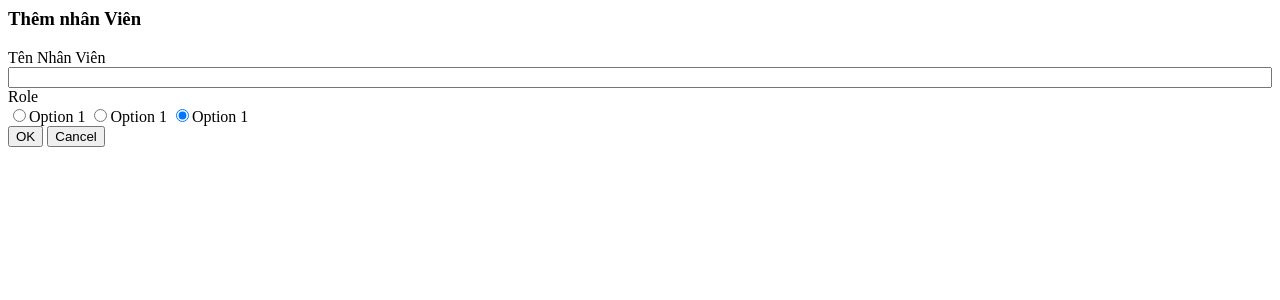
Repository: chickenoken/LuanAn
Page: http://localhost/net/quanLyNhanVienControl
The author's editor kept a copy of each file at every save. The page is drawn from the files as they stood at one save, then again after the next save.
The browser window is 1280 px wide. The pictures show the whole page.
The page is served by Tomcat 9. Other server files are loaded and not shown.

Above is the page before, as saved 2019-06-17 09:47:33.

### net/src/main/webapp/WEB-INF/pages/quanLyNhanVienControl.jsp
<div class="modal-header">
  <h3>Thêm nhân Viên</h3>
</div>
<div class="modal-body">
  <div class="row">
    <div class="form-group">
      <div class="col-md-4"><span>Tên Nhân Viên</span></div>
      <div class="col-md-8"><input type="text" ng-model="model.form.control.tenNv" style="width : 100%"></div>
    </div>
  </div>

  <div class="row">
    <div class="form-group">
      <div class="col-md-4"><span>Role</span></div>
      <div class="col-md-8">
        <div class="radio">
          <label><input type="radio" name="role" checked>Option 1</label>
          <label><input type="radio" name="role" checked>Option 1</label>
          <label><input type="radio" name="role" checked>Option 1</label>
        </div>
      </div>
    </div>
  </div>

</div>
<div class="modal-footer">
    <button class="btn btn-primary" ng-click="ok()">OK</button>
    <button class="btn btn-warning" ng-click="cancel()">Cancel</button>
</div>

### net/src/main/java/org/planning/net/dto/LoginDto.java
package org.planning.net.dto;

import lombok.Getter;
import lombok.Setter;

@Getter
@Setter
public class LoginDto {

    private String maNhanVien;

    private String tenNhanVien;

    private String taiKhoan;

    private String matKhau;

	public String getTaiKhoan() {
        return taiKhoan;
    }

    public void setTaiKhoan(String taiKhoan) {
        this.taiKhoan = taiKhoan;
    }

    public String getMatKhau() {
        return matKhau;
    }

    public void setMatKhau(String matKhau) {
        this.matKhau = matKhau;
    }

    public String getMaNhanVien() {
		return maNhanVien;
	}

	public void setMaNhanVien(String maNhanVien) {
		this.maNhanVien = maNhanVien;
	}

	public String getTenNhanVien() {
		return tenNhanVien;
	}

	public void setTenNhanVien(String tenNhanVien) {
		this.tenNhanVien = tenNhanVien;
	}
}

After the next save:
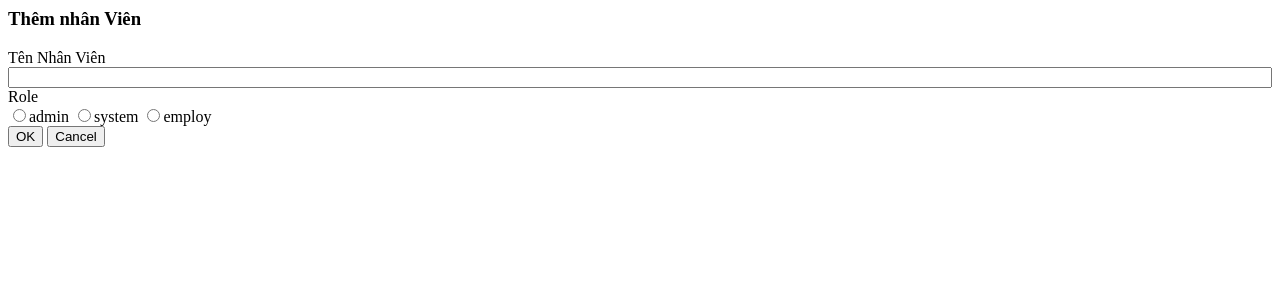
Saved 48 s later.
--- a/net/src/main/webapp/WEB-INF/pages/quanLyNhanVienControl.jsp
+++ b/net/src/main/webapp/WEB-INF/pages/quanLyNhanVienControl.jsp
@@ -14,9 +14,9 @@
       <div class="col-md-4"><span>Role</span></div>
       <div class="col-md-8">
         <div class="radio">
-          <label><input type="radio" name="role" checked>Option 1</label>
-          <label><input type="radio" name="role" checked>Option 1</label>
-          <label><input type="radio" name="role" checked>Option 1</label>
+          <label><input type="radio" name="role" value="admin">admin</label>
+          <label><input type="radio" name="role" value="system">system</label>
+          <label><input type="radio" name="role" value="employ">employ</label>
         </div>
       </div>
     </div>
